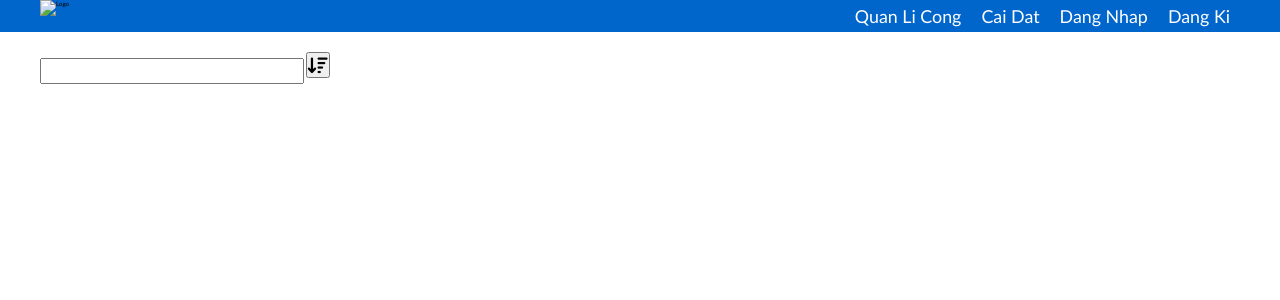
Repository: LDDUNG2003/a
Page: index.html
These files come from the project's save history. The page is drawn as it stood at one moment and after the next save; the edit follows.
The browser window is 1280 px wide. The pictures show the whole page.
Some web libraries are served in a nearby version.

Above is the page before, as saved 2023-10-12 14:28:44.

### index.html
<!DOCTYPE html>
<html lang="en">

<head>
    <meta charset="UTF-8">
    <meta name="viewport" content="width=device-width, initial-scale=1.0">
    <title>Document</title>
    <link rel="stylesheet" href="./controlView/css/base.css">
    <link rel="stylesheet" href="./controlView/css/index.css">
</head>

<body>
    <div class="main">
        <div class="header">
            <div class="navBar">
                <img src="" alt="Logo">
                <ul class="navBar-list">
                    <li class="navBar-list--item">
                        <a href="./" class="navBar-list--link">quan li cong</a>
                    </li>
                    <li class="navBar-list--item">
                        <a href="./" class="navBar-list--link">cai dat</a>
                    </li>
                    <li class="navBar-list--item">
                        <a href="./" class="navBar-list--link">dang nhap</a>
                    </li>
                    <li class="navBar-list--item">
                        <a href="./" class="navBar-list--link">dang ki</a>
                    </li>
                </ul>
            </div>
        </div>
        <div class="content">
            <div class="heading-content">
                <div class="heading-search">
                    <input class="search-input" type="text">
                    <button class="search-btn">
                        <i style="font-size: 1.8rem;" class="fa-solid fa-arrow-down-wide-short" style="color: #eeeeec;"></i>
                    </button>
                </div>
            </div>
        </div>
    </div>
    <script src="https://kit.fontawesome.com/9ffed7d99e.js" crossorigin="anonymous"></script>
</body>

</html>

### controlView/css/base.css
:root {
    --primary-color: #0066cc;
    --text-color: #414141;
}

* {
    padding: 0px;
    margin: 0px;
    font-size: 0.62rem;
    font-family: 'Trebuchet MS', 'Lucida Sans Unicode', 'Lucida Grande', 'Lucida Sans', Arial, sans-serif;
}

.main {
    width: 100%;
    margin: auto;
}

.header {
    width: 100%;
    background-color: var(--primary-color);
}

.navBar {
    width: 100%;
    max-width: 1200px;
    margin: auto;
    display: flex;
    justify-content: space-between;
}

.navBar-list {
    display: flex;
    list-style: none;
    font-size: 1.6rem;
}

.navBar-list--item {}

.navBar-list--link:hover {
    background-color: #fff;
    color: black;
}

.navBar-list--link {
    color: #fff;
    font-size: 1.8rem;
    font-weight: 500;
    text-decoration: none;
    text-transform: capitalize;
    padding: 5px 10px;
    display: block;
}

.content {
    width: 100%;
    max-width: 1200px;
    margin: auto;
    padding-top: 20px;
}

### controlView/css/index.css
.heading-content {
    position: relative;
}

.search-input {
    font-size: 1.6px;
    padding: 10px;
    width: 240px;
}

.search-btn {
    font-size: 1.8rem;
}

After the next save:
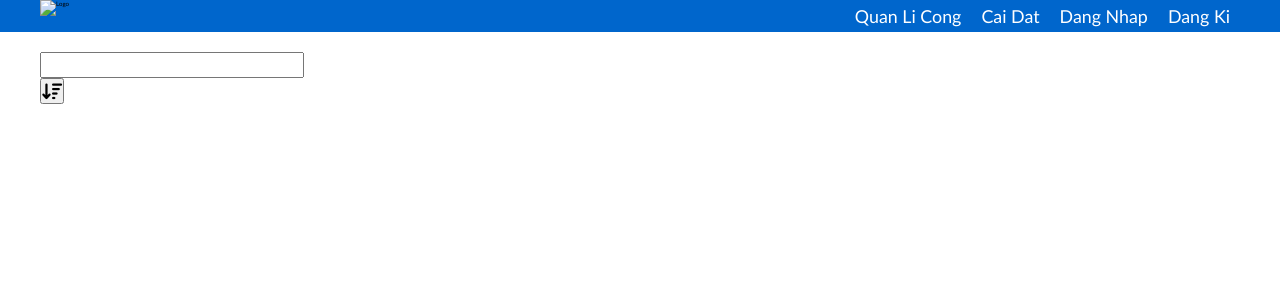
Saved 14 s later.
--- a/controlView/css/index.css
+++ b/controlView/css/index.css
@@ -1,5 +1,9 @@
 .heading-content {
     position: relative;
+}
+
+.heading-search {
+    width: 240px;
 }
 
 .search-input {
